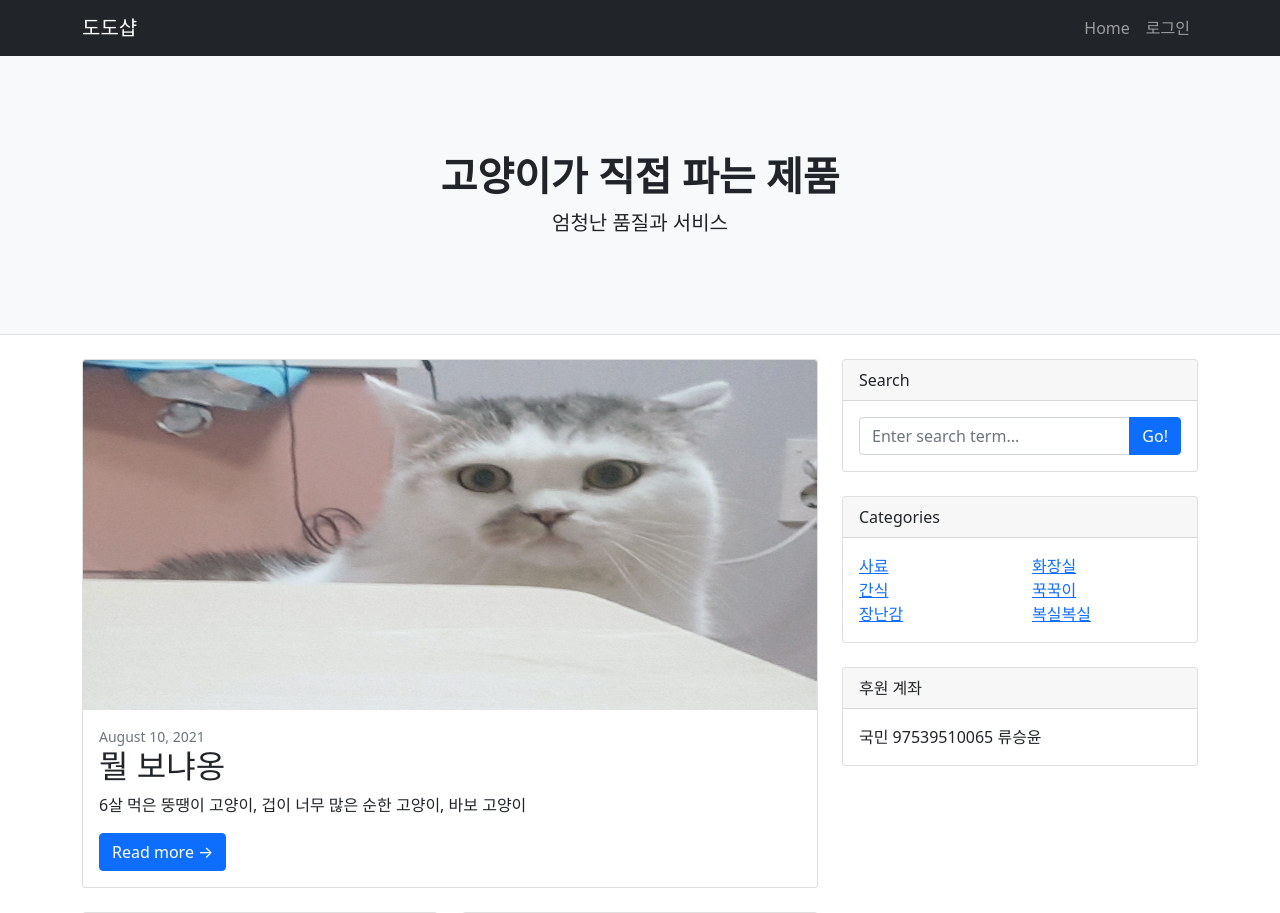
Repository: Ryustam/JSP
Page: http://localhost/pet_shop/
These files come from the project's save history. The page is drawn as it stood at one moment and after the next save; the edit follows.
The browser window is 1280 px wide. The pictures show the part of the page from y = 0 to 913 px (the page is 2323 px tall before and 2371 px after).
Pictures or frames that could not be fetched are drawn as grey boxes. The page is served by Tomcat 9.

Above is the page before, as saved 2021-11-08 03:43:45.

After the next save:
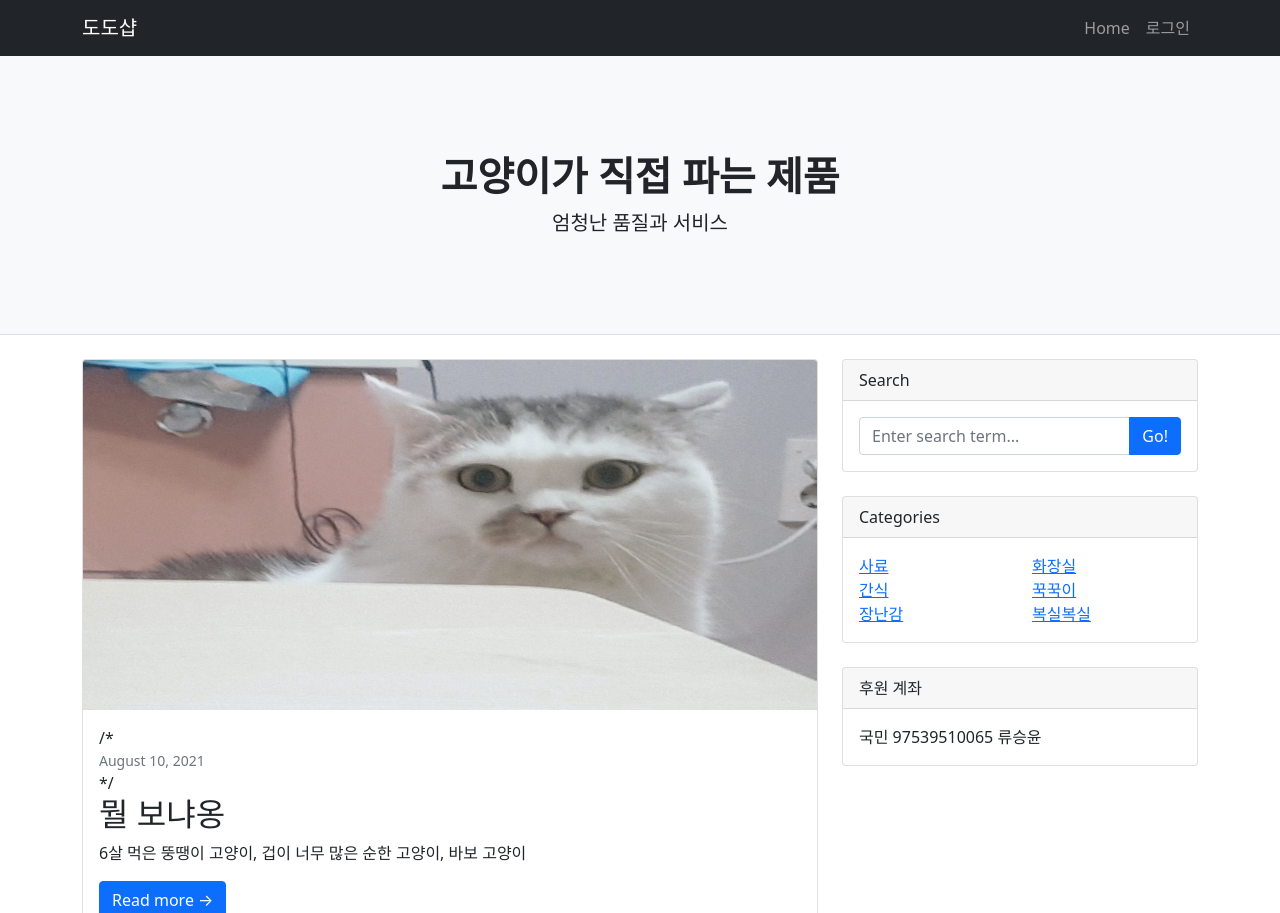
Saved 42 s later.
--- a/pet_shop/src/main/webapp/index.jsp
+++ b/pet_shop/src/main/webapp/index.jsp
@@ -59,7 +59,7 @@
                     <div class="card mb-4">
                         <a href="#!"><img class="card-img-top" src="./resources/image/대문사진.jpg" width="850px" height="350"   alt="..." /></a>
                         <div class="card-body">
-                            <div class="small text-muted">August 10, 2021</div>
+                           	/*<div class="small text-muted">August 10, 2021</div>*/
                             <h2 class="card-title">뭘 보냐옹</h2>
                             <p class="card-text">6살 먹은 뚱땡이 고양이, 겁이 너무 많은 순한 고양이, 바보 고양이</p>
                             <a class="btn btn-primary" href="#!">Read more →</a>
